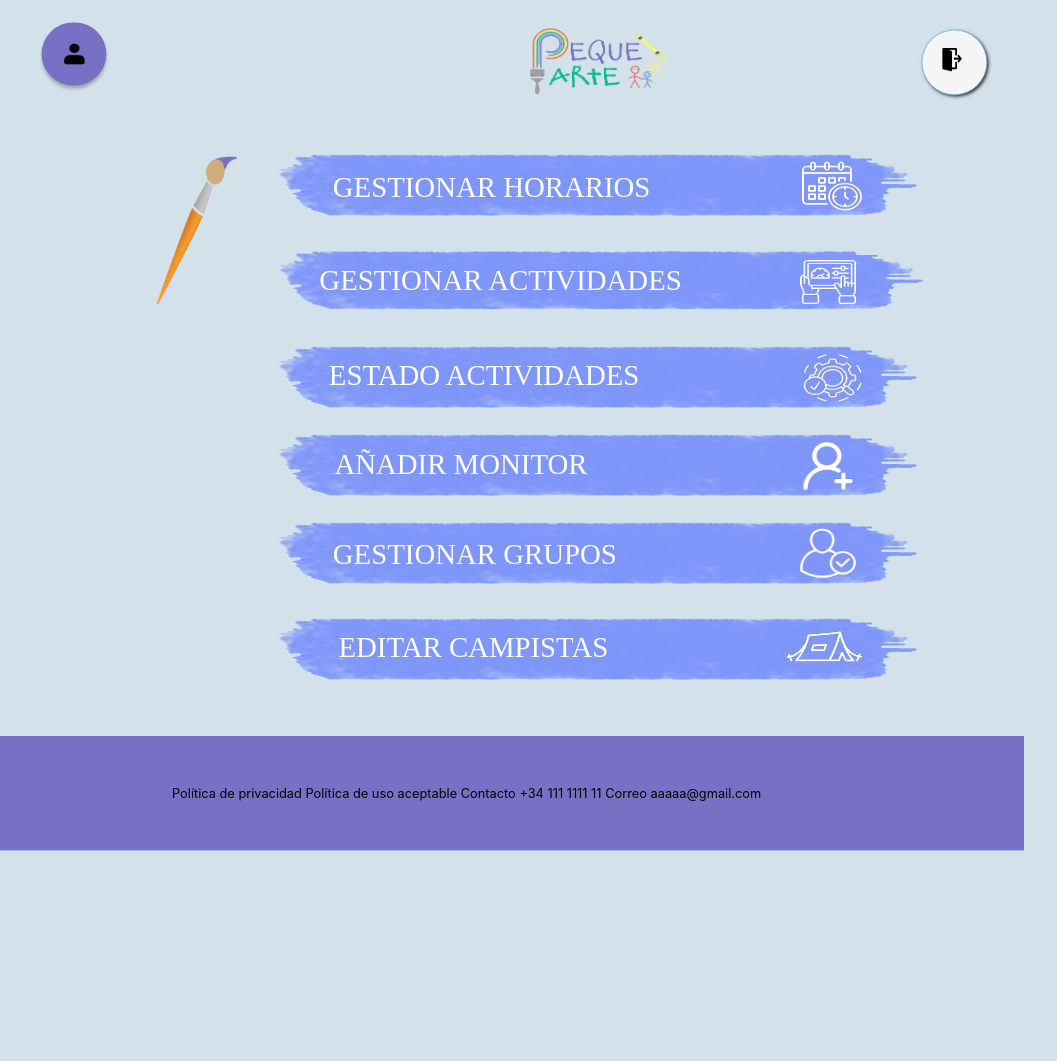
Repository: maariadomiingo/Proyecto-Integrador-Campamento
Page: html/interfaz_coordinador.html
The author's editor kept a copy of each file at every save. The page is drawn from the files as they stood at one save, then again after a run of saves.
The browser window is 1280 px wide. The page is 1321 px wide, so the pictures cover 1321 px, including what lies to the right of the window. The pictures show the whole page, at 80% of full size.

Above is the page before, as saved 2025-02-05 11:48:07.

After the next 2 saves:
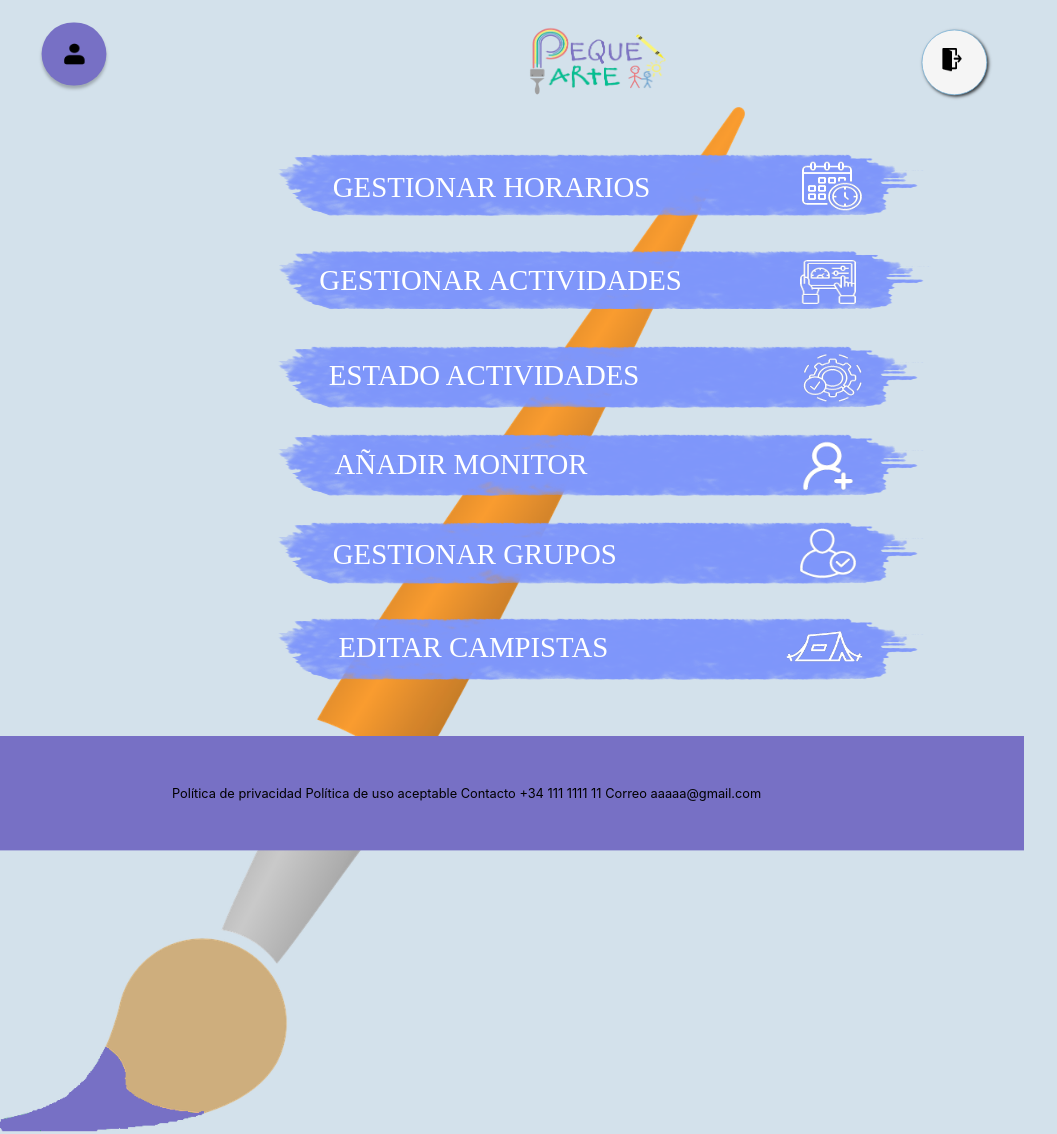
The 2 saves are shown as one change because they came seconds apart.
The last was saved 55 s later.
--- a/html/interfaz_coordinador.html
+++ b/html/interfaz_coordinador.html
@@ -41,7 +41,7 @@
        </div>
        <img class="icono-actividades" src="../img/administrar.png" />
 
-      <img class="imagen-rotada" src="../img/pincel.png" />
+      <img class="pincel" src="../img/pincel.png" />
       <div class="div-vacio-2"></div>
 
 <!--       GESTIONAR HORARIOS-->

After the save that followed:
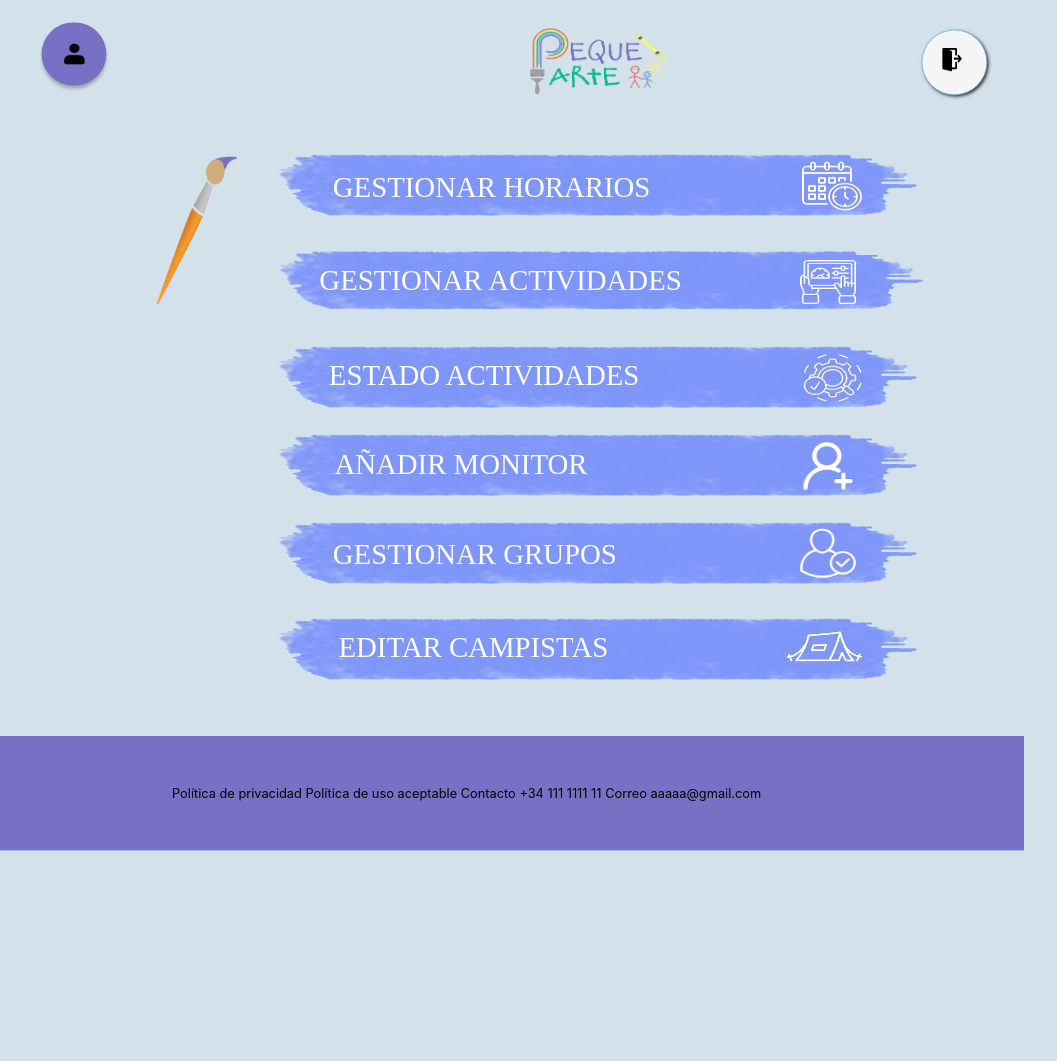
Saved 10 s later.
--- a/css/interfaz_coordinador.css
+++ b/css/interfaz_coordinador.css
@@ -181,7 +181,7 @@ body {
   word-wrap: break-word;
 }
 
-.imagen-rotada {
+.pincel {
   width: 100px;
   height: 185px;
   left: 296px;
